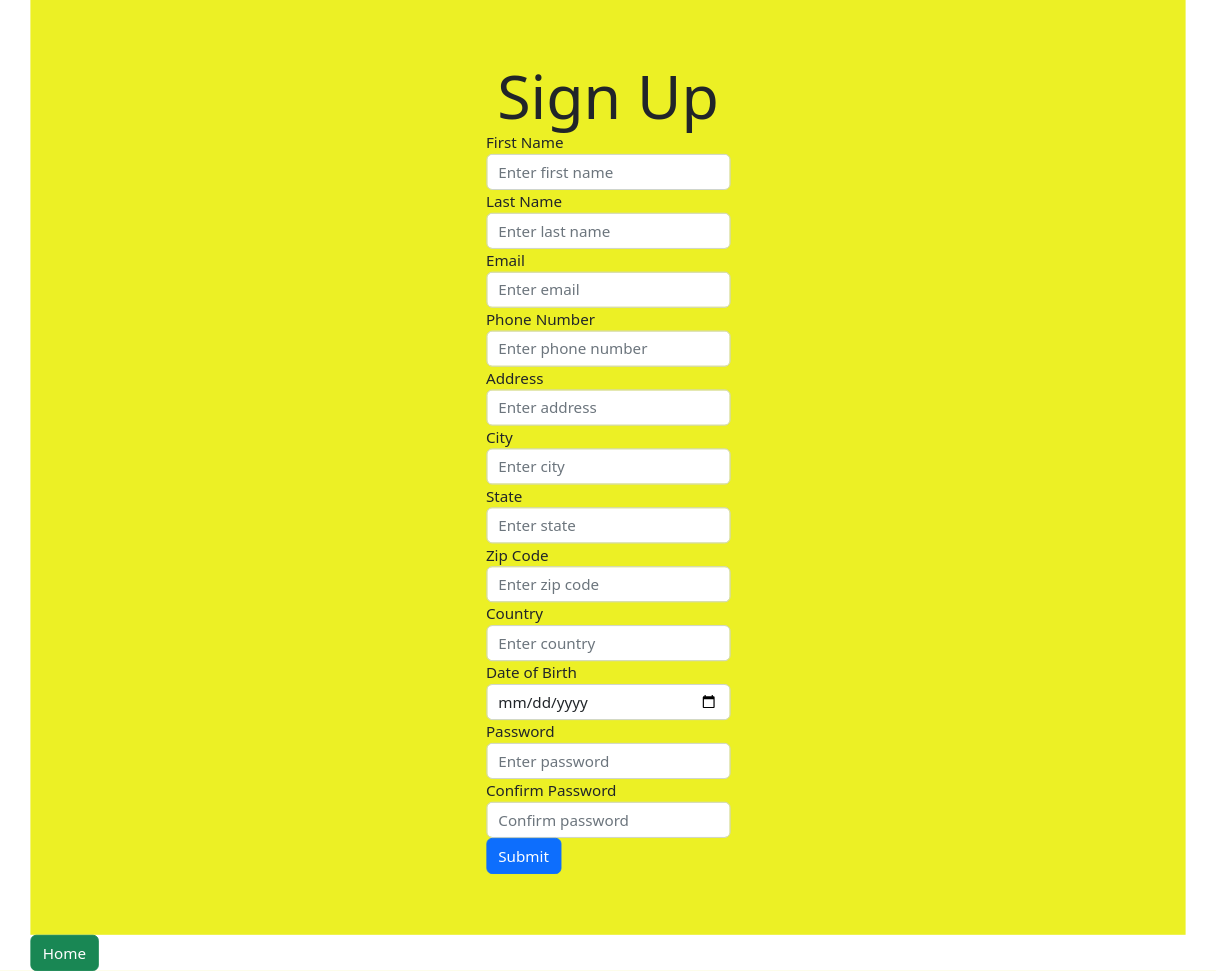
Repository: collegedude9300/zenschool
Page: /SignUp
An editor plug-in stored every save of this project. The page is shown before and after the next save, followed by the edit.
The browser window is 1280 px wide. The pictures show the whole page, at 95% of full size.
The project was rebuilt for these pictures with package versions that can differ from the ones it lists, and the page was loaded fresh each time. The framework's server and built-in components were replaced by stand-ins that run in the browser. Also part of the build but not shown: next.config.js.

Above is the page before, as saved 2022-11-08 09:26:03.

### pages/SignUp.js
import Head from 'next/head'
import Image from 'next/image'
import styles from '../styles/Home.module.css'
import { useState, useEffect } from 'react';
import 'bootstrap/dist/css/bootstrap.css'
import Link from 'next/link';
export default function SignUp()
{
//validate Password
const validatePassword = (password) => {
  const re = /^(?=.*[a-z])(?=.*[A-Z])(?=.*\d)[a-zA-Z\d]{8,}$/;
  return re.test(String(password));
}
//validate Email
const validateEmail = (email) => {
  const re = /^(([^<>()[\]\\.,;:\s@"]+(\.[^<>()[\]\\.,;:\s@"]+)*)|(".+"))@((\[[0-1]\d{1,2}\.[0-1]\d{1,2}\.[0-1]\d{1,2}\.[0-1]\d{1,2}\])|(([a-zA-Z\-0-9]+\.)+[a-zA-Z]{2,}))$/;
  return re.test(String(email).toLowerCase());
}
//validate First Name
const validateFirstName = (firstName) => {
  const re = /^[A-Za-z]+$/;
  return re.test(String(firstName));
}
//validate Last Name
const validateLastName = (lastName) => {
  const re = /^[A-Za-z]+$/;
  return re.test(String(lastName));
}
//validate Phone Number
const validatePhoneNumber = (phoneNumber) => {
  const re = /^\d{10}$/;
  return re.test(String(phoneNumber));
}
//validate Address
const validateAddress = (address) => {
  const re = /^[0-9a-zA-Z\s,.'-]{3,}$/;
  return re.test(String(address));
}
//validate City
const validateCity = (city) => {
  const re = /^[a-zA-Z\s,.'-]{3,}$/;
  return re.test(String(city));
}
//validate State
const validateState = (state) => {
  const re = /^[a-zA-Z\s,.'-]{3,}$/;
  return re.test(String(state));
}
//validate Zip Code
const validateZipCode = (zipCode) => {
  const re = /^\d{5}$/;
  return re.test(String(zipCode));
}
//validate Country
const validateCountry = (country) => {
  const re = /^[a-zA-Z\s,.'-]{3,}$/;
  return re.test(String(country));
}
//validate Date of Birth
const validateDateOfBirth = (dateOfBirth) => {
  const re = /^\d{4}-\d{2}-\d{2}$/;
  return re.test(String(dateOfBirth));
}
//check to see if the email is valid
const handleSubmit = (e) => {
  e.preventDefault();
  const email = document.getElementById("email").value;
  const firstName = document.getElementById("firstName").value;
  const lastName = document.getElementById("lastName").value;
  const phoneNumber = document.getElementById("phoneNumber").value;
  const address = document.getElementById("address").value;
  const city = document.getElementById("city").value;
  const state = document.getElementById("state").value;
  const zipCode = document.getElementById("zipCode").value;
  const country = document.getElementById("country").value;
  const dateOfBirth = document.getElementById("dateOfBirth").value;
  const password = document.getElementById("password").value;
  const confirmPassword = document.getElementById("confirmPassword").value;
  if (validateEmail(email) && validateFirstName(firstName) && validateLastName(lastName) && validatePhoneNumber(phoneNumber) && validateAddress(address) && validateCity(city) && validateState(state) && validateZipCode(zipCode) && validateCountry(country) && validateDateOfBirth(dateOfBirth) && validatePassword(password) && password === confirmPassword) {
    alert("Success");
  }
  else {
    alert("Error");
  }
}
return (
  <div className={styles.container}>
    <Head>
      <title>Sign Up</title>
      <meta name="description" content="Generated by create next app" />
      <link rel="icon" href="/favicon.ico" />
    </Head>
    <main className={styles.main}>
      <h1 className={styles.title}>
        Sign Up
      </h1>
      <form onSubmit={handleSubmit}>
        <div className="form-group">
          <label htmlFor="firstName">First Name</label>
          <input type="text" className="form-control" id="firstName" placeholder="Enter first name" required/>
        </div>
        <div className="form-group">
          <label htmlFor="lastName">Last Name</label>
          <input type="text" className="form-control" id="lastName" placeholder="Enter last name" required/>
        </div>
        <div className="form-group">
          <label htmlFor="email">Email</label>
          <input type="email" className="form-control" id="email" placeholder="Enter email" required/>
        </div>
        <div className="form-group">
          <label htmlFor="phoneNumber">Phone Number</label>
          <input type="tel" className="form-control" id="phoneNumber" placeholder="Enter phone number" required/>
        </div>
        <div className="form-group">
          <label htmlFor="address">Address</label>
          <input type="text" className="form-control" id="address" placeholder="Enter address" required/>
        </div>
        <div className="form-group">
          <label htmlFor="city">City</label>
          <input type="text" className="form-control" id="city" placeholder="Enter city" required/>
        </div>
        <div className="form-group">
          <label htmlFor="state">State</label>
          <input type="text" className="form-control" id="state" placeholder="Enter state" required/>
        </div>
        <div className="form-group">
          <label htmlFor="zipCode">Zip Code</label>
          <input type="text" className="form-control" id="zipCode" placeholder="Enter zip code" required/>
        </div>
        <div className="form-group">
          <label htmlFor="country">Country</label>
          <input type="text" className="form-control" id="country" placeholder="Enter country" required/>
        </div>
        <div className="form-group">
          <label htmlFor="dateOfBirth">Date of Birth</label>
          <input type="date" className="form-control" id="dateOfBirth" placeholder="Enter date of birth" required/>
        </div>
        <div className="form-group">
          <label htmlFor="password">Password</label>
          <input type="password" className="form-control" id="password" placeholder="Enter password" required/>
        </div>
        <div className="form-group">
          <label htmlFor="confirmPassword">Confirm Password</label>
          <input type="password" className="form-control" id="confirmPassword" placeholder="Confirm password" required/>
        </div>
        <button type="submit" className="btn btn-primary">Submit</button>
      </form>
    </main>
      <Link legacyBehavior href="/">
        <a className="btn btn-success">Home</a>
        </Link>
  </div>
)}

### styles/Home.module.css
.container {
  padding: 0 2rem;
}
.main {
  min-height: 100vh;
  padding: 4rem 0;
  flex: 1;
  display: flex;
  flex-direction: column;
  justify-content: center;
  align-items: center;
  background-color: #ecf025;
}
.classpage {
  min-height: 100vh;
  padding: 4rem 0;
  flex: 1;
  display: flex;
  flex-direction: column;
  justify-content: center;
  align-items: center;
  background-color: #67ff02;
}
.gened {
  min-height: 100vh;
  padding: 4rem 0;
  flex: 1;
  display: flex;
  flex-direction: column;
  justify-content: center;
  align-items: center;
  background-color: #18e6db;
}
.login {
  min-height: 100vh;
  padding: 4rem 0;
  flex: 1;
  display: flex;
  flex-direction: column;
  justify-content: center;
  align-items: center;
  background-color: #ffc400;
}
.footer {
  display: flex;
  flex: 1;
  padding: 2rem 0;
  border-top: 1px solid #eaeaea;
  justify-content: center;
  align-items: center;
}

.footer a {
  display: flex;
  justify-content: center;
  align-items: center;
  flex-grow: 1;
}

.title a {
  color: #0070f3;
  text-decoration: none;
}

.title a:hover,
.title a:focus,
.title a:active {
  text-decoration: underline;
}

.title {
  margin: 0;
  line-height: 1.15;
  font-size: 4rem;
}

.title,
.description {
  text-align: center;
}

.description {
  margin: 4rem 0;
  line-height: 1.5;
  font-size: 1.5rem;
}

.code {
  background: #fafafa;
  border-radius: 5px;
  padding: 0.75rem;
  font-size: 1.1rem;
  font-family: Menlo, Monaco, Lucida Console, Liberation Mono, DejaVu Sans Mono,
    Bitstream Vera Sans Mono, Courier New, monospace;
}

.grid {
  display: flex;
  align-items: center;
  justify-content: center;
  flex-wrap: wrap;
  max-width: 800px;
}

.card {
  margin: 1rem;
  padding: 1.5rem;
  text-align: left;
  color: inherit;
  text-decoration: none;
  border: 1px solid #eaeaea;
  border-radius: 10px;
  transition: color 0.15s ease, border-color 0.15s ease;
  max-width: 300px;
}

.card:hover,
.card:focus,
.card:active {
  color: #0070f3;
  border-color: #0070f3;
}

.card h2 {
  margin: 0 0 1rem 0;
  font-size: 1.5rem;
}

.card p {
  margin: 0;
  font-size: 1.25rem;
  line-height: 1.5;
}

.logo {
  height: 1em;
  margin-left: 0.5rem;
}

@media (max-width: 600px) {
  .grid {
    width: 100%;
    flex-direction: column;
  }
}

@media (prefers-color-scheme: dark) {
  .card,
  .footer {
    border-color: #222;
  }
  .code {
    background: #111;
  }
  .logo img {
    filter: invert(1);
  }
}

Loaded but not shown: pages/_app.js (common file); styles/globals.css (common file)

After the next save:
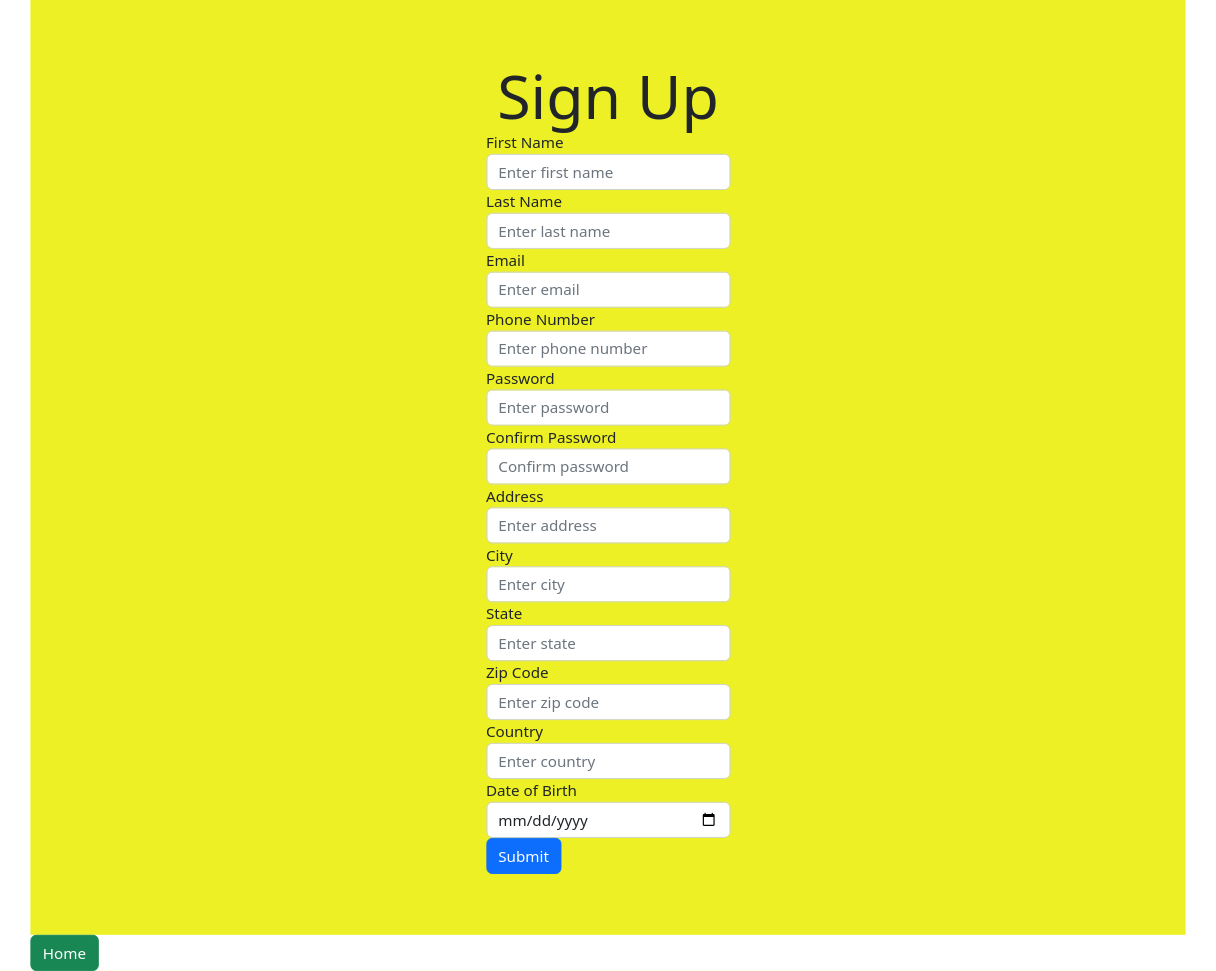
Saved 30 s later.
--- a/pages/SignUp.js
+++ b/pages/SignUp.js
@@ -112,6 +112,14 @@ return (
           <input type="tel" className="form-control" id="phoneNumber" placeholder="Enter phone number" required/>
         </div>
         <div className="form-group">
+          <label htmlFor="password">Password</label>
+          <input type="password" className="form-control" id="password" placeholder="Enter password" required/>
+        </div>
+        <div className="form-group">
+          <label htmlFor="confirmPassword">Confirm Password</label>
+          <input type="password" className="form-control" id="confirmPassword" placeholder="Confirm password" required/>
+        </div>
+        <div className="form-group">
           <label htmlFor="address">Address</label>
           <input type="text" className="form-control" id="address" placeholder="Enter address" required/>
         </div>
@@ -135,14 +143,6 @@ return (
           <label htmlFor="dateOfBirth">Date of Birth</label>
           <input type="date" className="form-control" id="dateOfBirth" placeholder="Enter date of birth" required/>
         </div>
-        <div className="form-group">
-          <label htmlFor="password">Password</label>
-          <input type="password" className="form-control" id="password" placeholder="Enter password" required/>
-        </div>
-        <div className="form-group">
-          <label htmlFor="confirmPassword">Confirm Password</label>
-          <input type="password" className="form-control" id="confirmPassword" placeholder="Confirm password" required/>
-        </div>
         <button type="submit" className="btn btn-primary">Submit</button>
       </form>
     </main>
